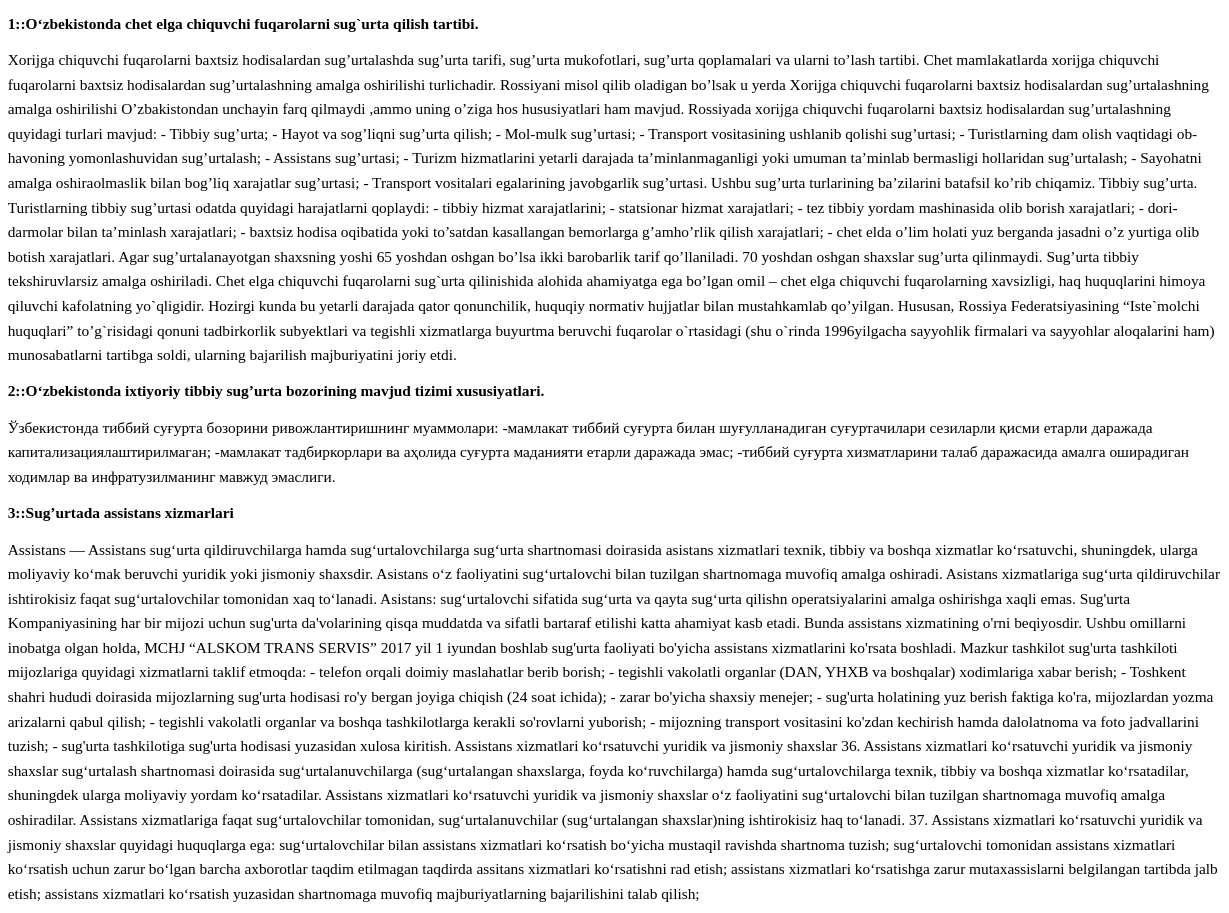
Repository: Ikromkhurozov/exam-inst
Page: index.html
The author's editor kept a copy of each file at every save. The page is drawn from the files as they stood at one save, then again after a run of saves.
The browser window is 1280 px wide. The pictures show the whole page, at 96% of full size.

Above is the page before, as saved 2023-05-21 15:31:46.

### index.html
<!DOCTYPE html>
<html lang="en">
<head>
  <meta charset="UTF-8">
  <meta http-equiv="X-UA-Compatible" content="IE=edge">
  <meta name="viewport" content="width=device-width, initial-scale=1.0">
  <title>Document</title>

  <style>
    div{
      line-height: 1.6;
    }

    h3{
      font-size: 16px;
    }
  </style>
</head>
<body>
    <h3>1::O‘zbekistonda chet elga chiquvchi fuqarolarni sug`urta qilish tartibi.</h3>
    <div>
      Xorijga chiquvchi fuqarolarni baxtsiz hodisalardan sug’urtalashda sug’urta tarifi,
      sug’urta mukofotlari, sug’urta qoplamalari va ularni to’lash tartibi.
      Chet mamlakatlarda xorijga chiquvchi fuqarolarni baxtsiz hodisalardan sug’urtalashning
      amalga oshirilishi turlichadir. Rossiyani misol qilib oladigan bo’lsak u yerda Xorijga chiquvchi
      fuqarolarni  baxtsiz  hodisalardan  sug’urtalashning  amalga  oshirilishi  O’zbakistondan  unchayin
      farq qilmaydi ,ammo uning o’ziga hos hususiyatlari ham mavjud.
      Rossiyada  xorijga  chiquvchi  fuqarolarni  baxtsiz hodisalardan  sug’urtalashning  quyidagi
      turlari mavjud:
      - Tibbiy sug’urta;
      - Hayot va sog’liqni sug’urta qilish;
      - Mol-mulk sug’urtasi;
      - Transport vositasining ushlanib qolishi sug’urtasi;
      - Turistlarning dam olish vaqtidagi ob- havoning yomonlashuvidan sug’urtalash;
      - Assistans sug’urtasi;
      - Turizm  hizmatlarini  yetarli  darajada  ta’minlanmaganligi  yoki  umuman  ta’minlab
      bermasligi hollaridan sug’urtalash;
      - Sayohatni amalga oshiraolmaslik bilan bog’liq xarajatlar sug’urtasi;
      - Transport vositalari egalarining javobgarlik sug’urtasi.
      Ushbu sug’urta turlarining ba’zilarini batafsil ko’rib chiqamiz.
      Tibbiy sug’urta. Turistlarning tibbiy sug’urtasi odatda quyidagi harajatlarni qoplaydi:
      -  tibbiy hizmat xarajatlarini;
      -  statsionar hizmat xarajatlari;
      - tez tibbiy yordam mashinasida olib borish xarajatlari;
      - dori-darmolar bilan ta’minlash xarajatlari;
      -  baxtsiz  hodisa  oqibatida  yoki  to’satdan  kasallangan  bemorlarga  g’amho’rlik  qilish
      xarajatlari;
      - chet elda o’lim holati yuz berganda jasadni o’z yurtiga olib botish xarajatlari.
      Agar sug’urtalanayotgan shaxsning yoshi 65 yoshdan oshgan bo’lsa ikki barobarlik tarif
      qo’llaniladi.  70  yoshdan  oshgan  shaxslar  sug’urta  qilinmaydi.  Sug’urta  tibbiy  tekshiruvlarsiz
      amalga oshiriladi.

      Chet elga chiquvchi fuqarolarni sug`urta qilinishida alohida ahamiyatga ega bo’lgan omil – chet elga chiquvchi fuqarolarning xavsizligi, haq huquqlarini himoya qiluvchi kafolatning yo`qligidir.

      Hozirgi kunda bu yetarli darajada qator qonunchilik, huquqiy normativ hujjatlar bilan mustahkamlab qo’yilgan. Hususan, Rossiya Federatsiyasining “Iste`molchi huquqlari” to’g`risidagi qonuni tadbirkorlik subyektlari va tegishli xizmatlarga buyurtma beruvchi fuqarolar o`rtasidagi (shu o`rinda 1996yilgacha sayyohlik firmalari va sayyohlar aloqalarini ham) munosabatlarni tartibga soldi, ularning bajarilish majburiyatini joriy etdi.



    </div>

    <h3>2::O‘zbekistonda ixtiyoriy tibbiy sugʼurta bozorining mavjud tizimi xususiyatlari.</h3>
    <div>
     Ўзбекистонда тиббий суғурта бозорини ривожлантиришнинг муаммолари:
     -мамлакат тиббий суғурта билан шуғулланадиган суғуртачилари сезиларли қисми етарли даражада капитализациялаштирилмаган;
    -мамлакат тадбиркорлари ва  аҳолида суғурта маданияти етарли даражада эмас;
    -тиббий суғурта хизматларини талаб даражасида амалга оширадиган ходимлар ва инфратузилманинг мавжуд эмаслиги.



    </div>

    <h3>3::Sug’urtada assistans xizmarlari</h3>
    <div>
      Assistans — Assistans sugʻurta qildiruvchilarga hamda
      sugʻurtalovchilarga sugʻurta shartnomasi doirasida asistans
      xizmatlari texnik, tibbiy va boshqa xizmatlar koʻrsatuvchi, shuningdek,
      ularga moliyaviy koʻmak beruvchi yuridik yoki jismoniy shaxsdir.
      Asistans oʻz faoliyatini sugʻurtalovchi bilan tuzilgan shartnomaga
      muvofiq amalga oshiradi. Asistans xizmatlariga sugʻurta
      qildiruvchilar ishtirokisiz faqat sugʻurtalovchilar tomonidan xaq
      toʻlanadi. Asistans: sugʻurtalovchi sifatida sugʻurta va qayta sugʻurta
      qilishn operatsiyalarini amalga oshirishga xaqli emas.

      Sug'urta Kompaniyasining har bir mijozi uchun sug'urta
      da'volarining qisqa muddatda va sifatli bartaraf etilishi katta
      ahamiyat kasb etadi. Bunda assistans xizmatining o'rni
      beqiyosdir. Ushbu omillarni inobatga olgan holda, MCHJ
      “ALSKOM TRANS SERVIS” 2017 yil 1 iyundan boshlab sug'urta
      faoliyati bo'yicha assistans xizmatlarini ko'rsata boshladi.

      Mazkur tashkilot sug'urta tashkiloti mijozlariga quyidagi xizmatlarni taklif
      etmoqda:
      - telefon orqali doimiy maslahatlar berib borish;
      - tegishli vakolatli organlar (DAN, YHXB va boshqalar) xodimlariga xabar berish;
      - Toshkent shahri hududi doirasida mijozlarning sug'urta hodisasi ro'y bergan
      joyiga chiqish (24 soat ichida);
      - zarar bo'yicha shaxsiy menejer;
      - sug'urta holatining yuz berish faktiga ko'ra, mijozlardan yozma arizalarni
      qabul qilish;
      - tegishli vakolatli organlar va boshqa tashkilotlarga kerakli so'rovlarni
      yuborish;
      - mijozning transport vositasini ko'zdan kechirish hamda dalolatnoma va foto
      jadvallarini tuzish;
      - sug'urta tashkilotiga sug'urta hodisasi yuzasidan xulosa kiritish.

      Assistans xizmatlari ko‘rsatuvchi yuridik va jismoniy shaxslar
      36. Assistans xizmatlari ko‘rsatuvchi yuridik va jismoniy shaxslar sug‘urtalash
      shartnomasi doirasida sug‘urtalanuvchilarga (sug‘urtalangan shaxslarga, foyda
      ko‘ruvchilarga) hamda sug‘urtalovchilarga texnik, tibbiy va boshqa xizmatlar
      ko‘rsatadilar, shuningdek ularga moliyaviy yordam ko‘rsatadilar.
      Assistans xizmatlari ko‘rsatuvchi yuridik va jismoniy shaxslar o‘z faoliyatini
      sug‘urtalovchi bilan tuzilgan shartnomaga muvofiq amalga oshiradilar.
      Assistans xizmatlariga faqat sug‘urtalovchilar tomonidan, sug‘urtalanuvchilar
      (sug‘urtalangan shaxslar)ning ishtirokisiz haq to‘lanadi.
      37. Assistans xizmatlari ko‘rsatuvchi yuridik va jismoniy shaxslar quyidagi huquqlarga ega:
      sug‘urtalovchilar bilan assistans xizmatlari ko‘rsatish bo‘yicha mustaqil ravishda
      shartnoma tuzish;
      sug‘urtalovchi tomonidan assistans xizmatlari ko‘rsatish uchun zarur bo‘lgan
      barcha axborotlar taqdim etilmagan taqdirda assitans xizmatlari ko‘rsatishni rad
      etish;
      assistans xizmatlari ko‘rsatishga zarur mutaxassislarni belgilangan tartibda jalb
      etish;
      assistans xizmatlari ko‘rsatish yuzasidan shartnomaga muvofiq majburiyatlarning
      bajarilishini talab qilish;
    </div>
</body>
</html>

After the next 2 saves:
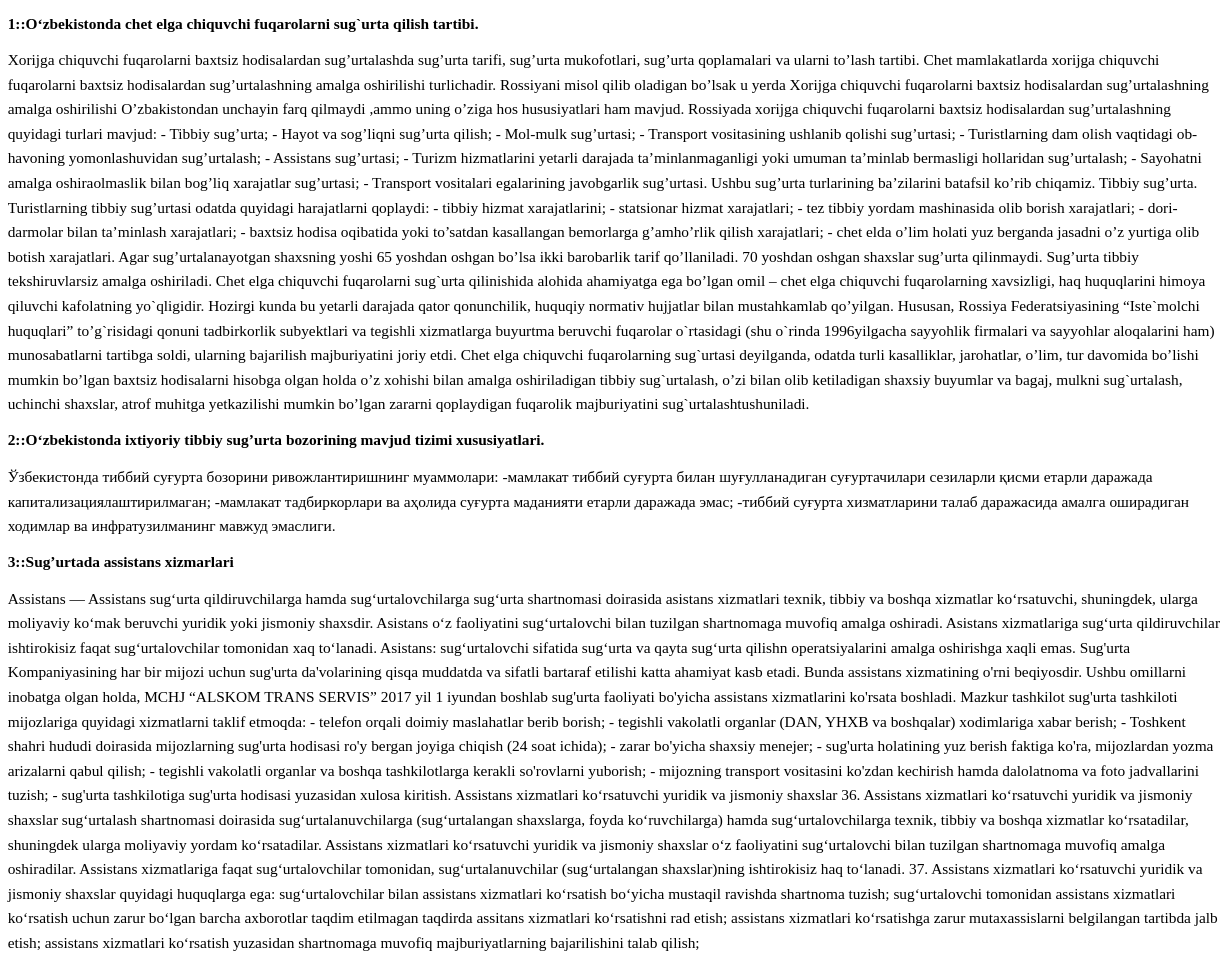
The 2 saves are shown as one change because they came seconds apart.
The last was saved 89 s later.
--- a/index.html
+++ b/index.html
@@ -54,6 +54,7 @@
 
       Hozirgi kunda bu yetarli darajada qator qonunchilik, huquqiy normativ hujjatlar bilan mustahkamlab qo’yilgan. Hususan, Rossiya Federatsiyasining “Iste`molchi huquqlari” to’g`risidagi qonuni tadbirkorlik subyektlari va tegishli xizmatlarga buyurtma beruvchi fuqarolar o`rtasidagi (shu o`rinda 1996yilgacha sayyohlik firmalari va sayyohlar aloqalarini ham) munosabatlarni tartibga soldi, ularning bajarilish majburiyatini joriy etdi.
 
+      Chet elga chiquvchi fuqarolarning sug`urtasi deyilganda, odatda turli kasalliklar, jarohatlar, o’lim, tur davomida bo’lishi mumkin bo’lgan baxtsiz hodisalarni hisobga olgan holda o’z xohishi bilan amalga oshiriladigan tibbiy sug`urtalash, o’zi bilan olib ketiladigan shaxsiy buyumlar va bagaj, mulkni sug`urtalash, uchinchi shaxslar, atrof muhitga yetkazilishi mumkin bo’lgan zararni qoplaydigan fuqarolik majburiyatini sug`urtalashtushuniladi.
 
 
     </div>
